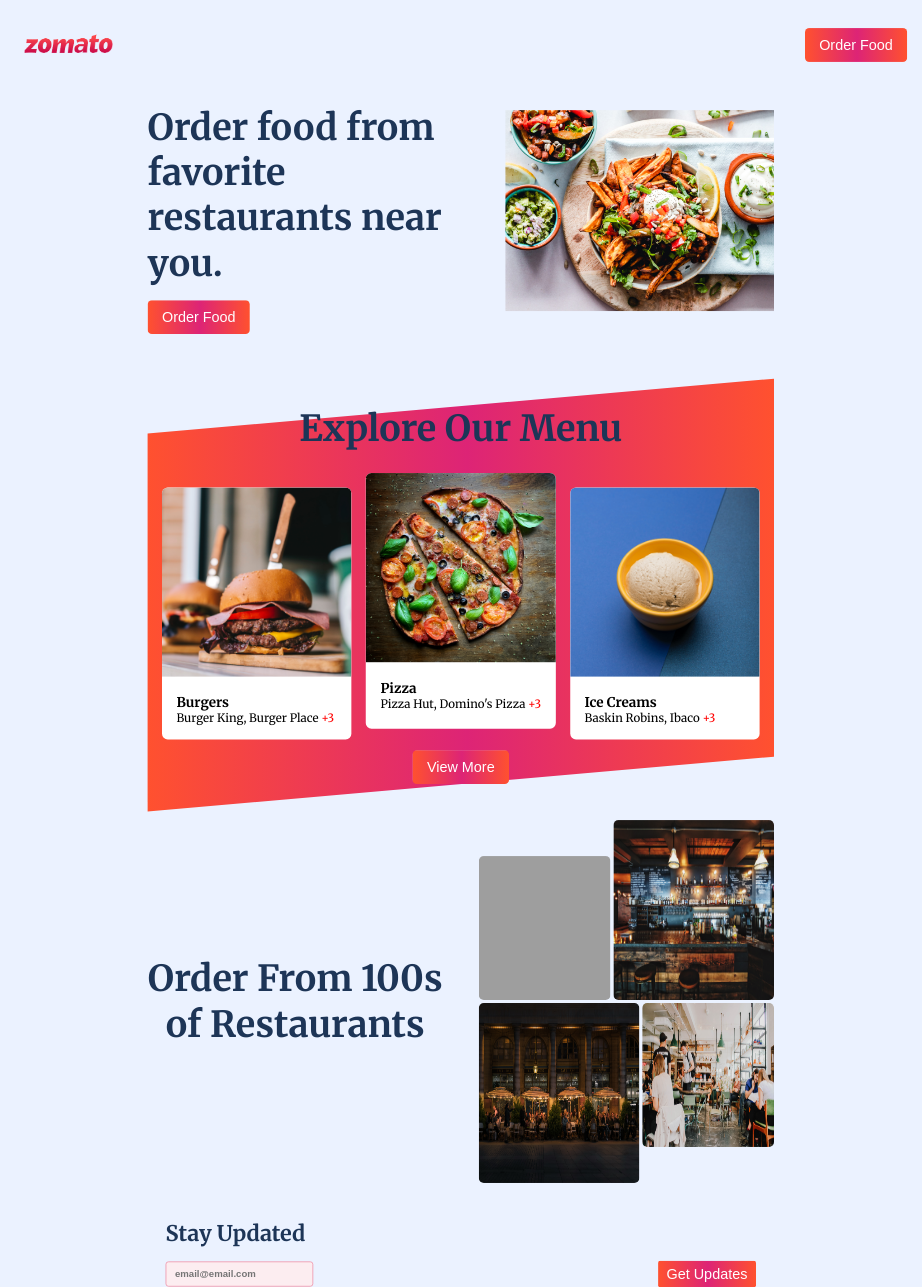
Repository: srush-shah/LandingPage-Project-ShapeAI
Page: index.html
An editor plug-in stored every save of this project. The page is shown before and after a run of saves, followed by the edit.
The browser window is 1280 px wide. The pictures show the whole page, at 72% of full size.
The first visible `#email` is being pressed.
Pictures or frames that could not be fetched are drawn as grey boxes.

Above is the page before, as saved 2021-09-21 18:33:06.

After the next 2 saves:
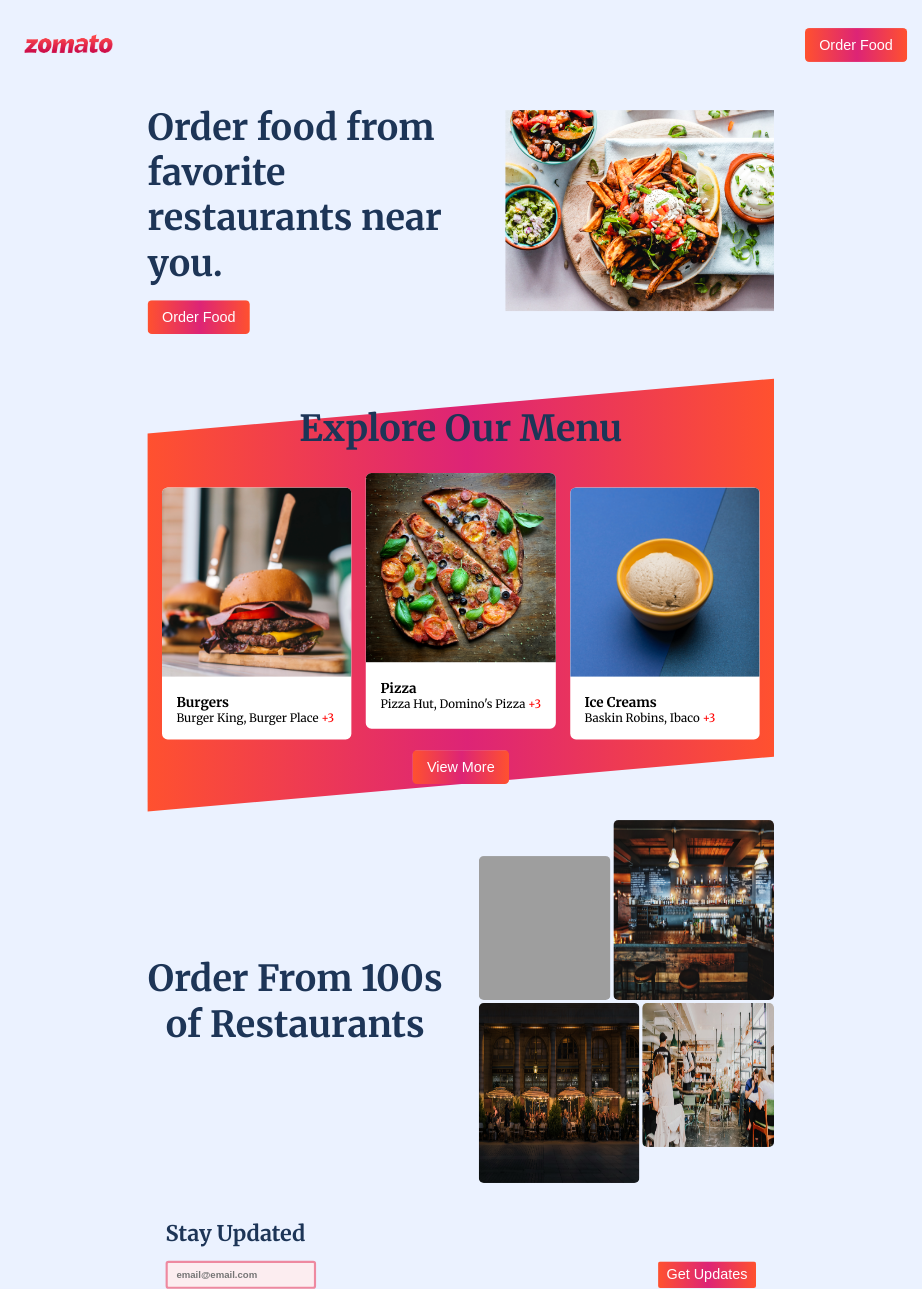
The 2 saves are shown as one change because they came seconds apart.
The last was saved 6 s later.
--- a/style.css
+++ b/style.css
@@ -173,7 +173,7 @@
 }
 
 #email:active {
-  bord;
+  border-width: 3px;
 }
 
 .subscribe .button-primary {
